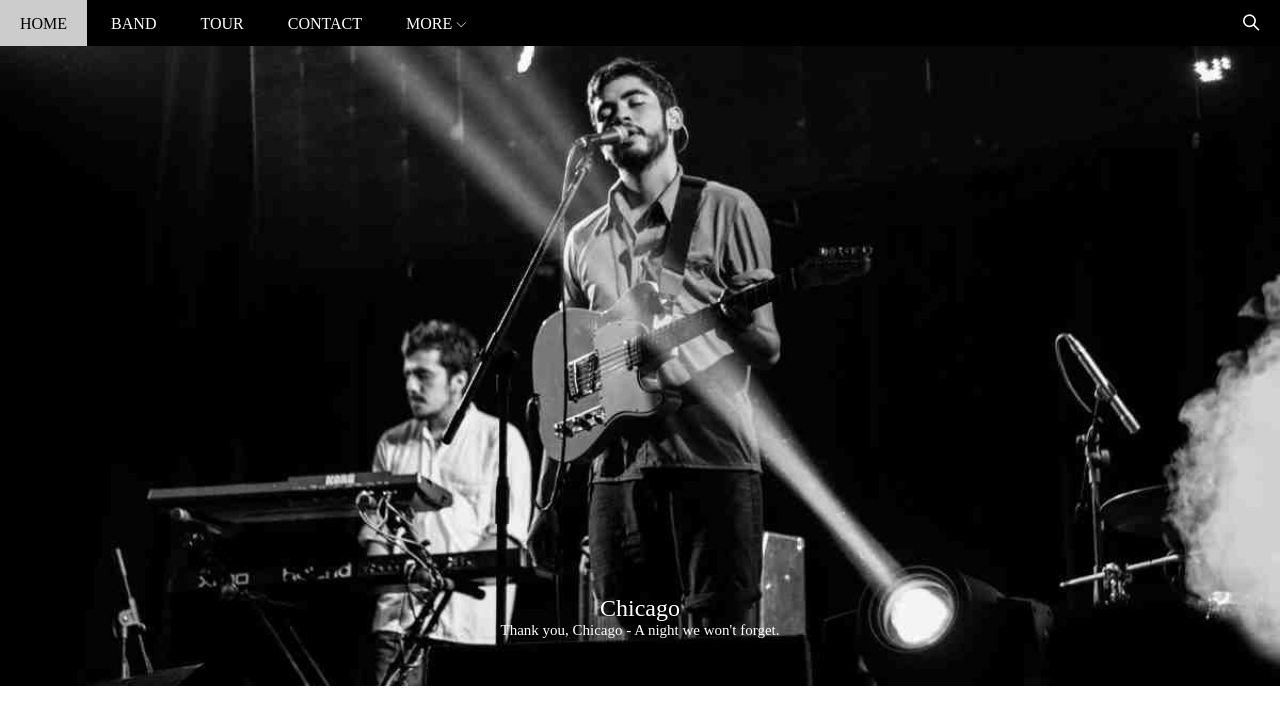
Repository: Dino0411/Dino0411.github.io
Page: index.html
An editor plug-in stored every save of this project. The page is shown before and after the next save, followed by the edit.
The browser window is 1280 px wide. The pictures show the whole page.

Above is the page before, as saved 2021-10-04 00:13:33.

After the next save:
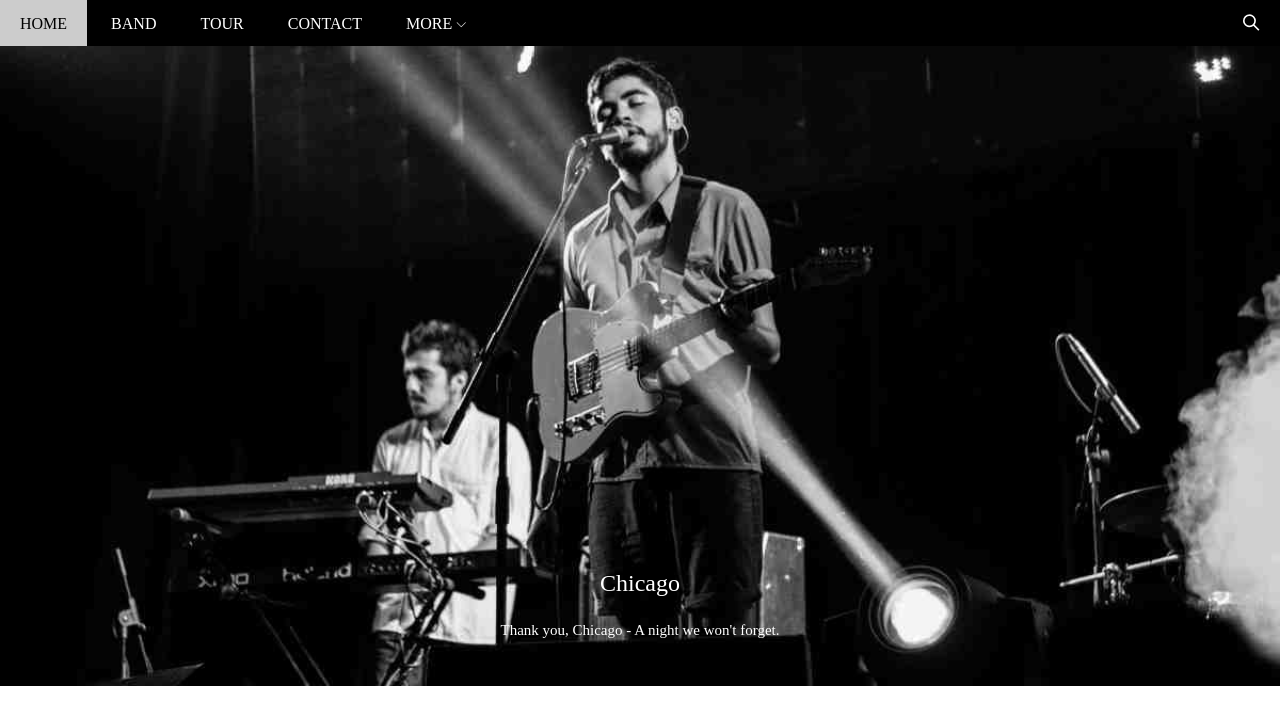
Saved 5 s later.
--- a/assets/css/style.css
+++ b/assets/css/style.css
@@ -110,7 +110,7 @@ TODO:tổng quan đến chi tiết
 }
 #slider .text-description {
   font-size: 15px;
-  margin: top 25px;
+  margin-top: 25px;
 }
 #content {
 }
